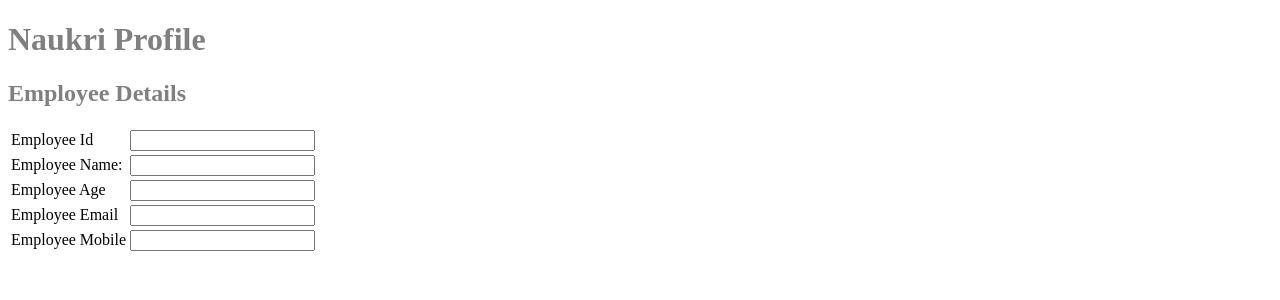
Repository: Ravikumarh6166/my-first-repo
Page: filterapp/src/main/webapp/registrationform.html
An editor plug-in stored every save of this project. The page is shown before and after the next save, followed by the edit.
The browser window is 1280 px wide. The pictures show the whole page.

Above is the page before, as saved 2022-08-30 07:03:24.

After the next save:
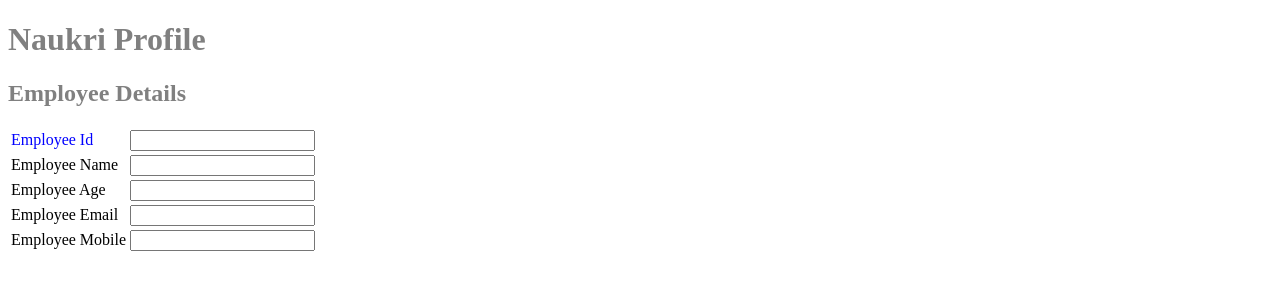
Saved 42 s later.
--- a/filterapp/src/main/webapp/registrationform.html
+++ b/filterapp/src/main/webapp/registrationform.html
@@ -11,12 +11,12 @@
 
 <table>
 <tr>
-<td>Employee Id</td>
+<td style="color:blue">Employee Id</td>
 <td><input type="text" name="eid"></td>
 </tr>
 
 <tr>
-<td>Employee Name:</td>
+<td>Employee Name</td>
 <td><input type="text" name="ename"></td>
 </tr>
 
